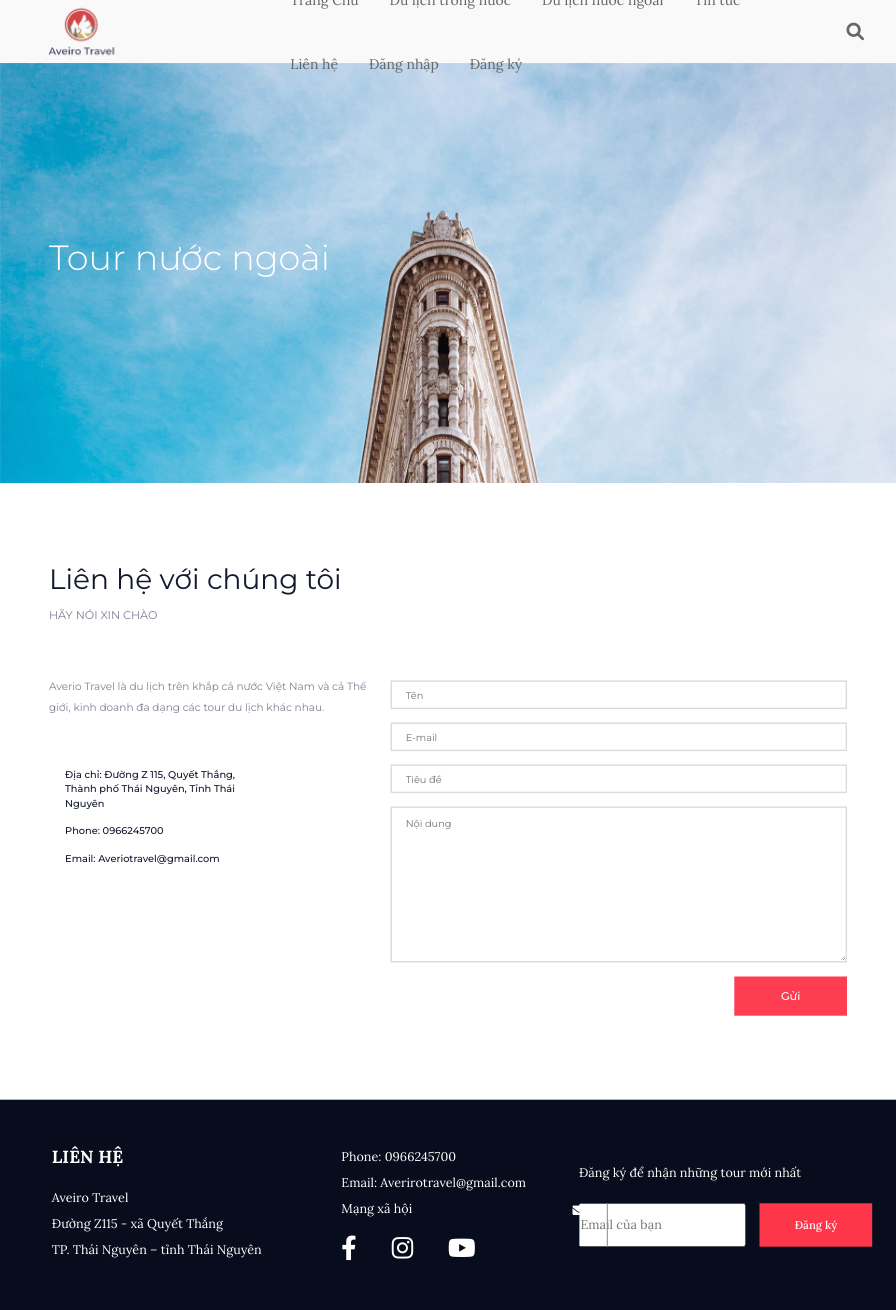
Repository: tuan842001/demotest
Page: /contact
An editor plug-in stored every save of this project. The page is shown before and after the next save, followed by the edit.
The browser window is 1280 px wide. The pictures show the whole page, at 70% of full size.
The project was rebuilt for these pictures with package versions that can differ from the ones it lists, and the page was loaded fresh each time. Also part of the build but not shown: src/components/header/HeaderHome.jsx, src/components/top/top.css, src/components/post/post.css, src/components/post/Post.jsx, src/components/intourPost/intourPost.css, src/components/intourPost/IntourPost.jsx, src/components/posts/posts.css, src/components/posts/Posts.jsx and 20 more.

Above is the page before, as saved 2021-10-16 20:11:07.

### public/index.html
<!DOCTYPE html>
<html lang="en">
  <head>
    <meta charset="utf-8" />
    <link rel="icon" href="%PUBLIC_URL%/favicon.ico" />
    <meta name="viewport" content="width=device-width, initial-scale=1" />
    <meta name="theme-color" content="#000000" />
    <meta name="description" content="Web site created using create-react-app"/>
    <link href="https://fonts.googleapis.com/css2?family=Lora:wght@400;500;600;700&display=swap" rel="stylesheet">
    <link rel="stylesheet" href="https://cdnjs.cloudflare.com/ajax/libs/font-awesome/6.0.0-beta2/css/all.min.css" integrity="sha512-YWzhKL2whUzgiheMoBFwW8CKV4qpHQAEuvilg9FAn5VJUDwKZZxkJNuGM4XkWuk94WCrrwslk8yWNGmY1EduTA==" crossorigin="anonymous" referrerpolicy="no-referrer" />
    <link href="https://fonts.googleapis.com/css2?family=Lora:ital,wght@1,700&family=Montserrat:wght@200&display=swap" rel="stylesheet">
    <link href="https://fonts.googleapis.com/css2?family=Montserrat:wght@400;500;600;700;800;900&display=swap" rel="stylesheet">
	  <Link rel="stylesheet" href="./assets/styles/bootstrap4/popper.js">
	  <Link rel="stylesheet" href="./assets/styles/bootstrap4/bootstrap.min.js">
	  <Link rel="stylesheet" href="./assets/styles/bootstrap4/bootstrap.min.css">
	  <Link rel="stylesheet" href="./assets/styles/plugins/OwlCarousel2-2.2.1/owl.carousel.css">
	  <Link rel="stylesheet" href="./assets/styles/main_styles.css">
      <!--  -->
      <link rel="stylesheet"  href="./assets/styles/bootstrap4/bootstrap.min.css">
      <Link rel="stylesheet"  href="./assets/styles/js/jquery-3.2.1.min.js">
      <Link rel="stylesheet"  href="./assets/styles/bootstrap4/popper.js">
      <Link rel="stylesheet"  href="./assets/styles/bootstrap4/bootstrap.min.js">
      <Link rel="stylesheet"  href="./assets/plugins/OwlCarousel2-2.2.1/owl.carousel.js">
      <Link rel="stylesheet"  href="./assets/plugins/easing/easing.js">
      <Link rel="stylesheet"  href="./assets/plugins/parallax-js-master/parallax.min.js">
      <Link rel="stylesheet"  href="./assets/plugins/magnific-popup/jquery.magnific-popup.min.js">
      <Link rel="stylesheet"  href="./assets/styles/js/custom.js">
      <!--  -->
      <link
      rel="stylesheet"
      href="https://unpkg.com/swiper/swiper-bundle.min.css"
    />
    <title>Aveiro Travel</title>
  </head>
  <body>
    <noscript>You need to enable JavaScript to run this app.</noscript>
    <div id="root"></div>
  </body>
</html>

### src/pages/contact/Contact.jsx
import HeaderOuttour from "../../components/header/HeaderOuttour";
import Bottombar from "../../components/bottombar/Bottombar";
import "./contact.css";

export default function Contact() {
  return (
    <>
      <HeaderOuttour />
      <div className="contact">
        <div className="container">
          <div className="row">
            <div className="col">
              <div className="contactTitle">Liên hệ với chúng tôi</div>
              <div className="contactSubtitle">Hãy nói xin chào</div>
            </div>
          </div>
          <div className="row contactContent">
            <div className="col-lg-5">
              <div className="contactText">
                <p>
                  Averio Travel là du lịch trên khắp cả nước Việt Nam và cả Thế
                  giới, kinh doanh đa dạng các tour du lịch khác nhau.
                </p>
              </div>
              <div className="contactInfo">
                <div className="contactInfoContainer">
                  <ul>
                    <li>
                      Địa chỉ: Đường Z 115, Quyết Thắng, Thành phố Thái Nguyên,
                      Tỉnh Thái Nguyên
                    </li>
                    <li>Phone: 0966245700</li>
                    <li>Email: Averiotravel@gmail.com</li>
                  </ul>
                </div>
              </div>
            </div>
            <div className="col-lg-7">
              <div className="contactFormContainer">
                <form action="#" id="contact_form" class="clearfix">
                  <input
                    id="contact_input_name"
                    class="contact_input contact_input_name"
                    type="text"
                    placeholder="Tên"
                    required="required"
                    data-error="Name is required."
                  />
                  <input
                    id="contact_input_email"
                    class="contact_input contact_input_email"
                    type="text"
                    placeholder="E-mail"
                    required="required"
                    data-error="E-mail is required."
                  />
                  <input
                    id="contact_input_subject"
                    class="contact_input contact_input_subject"
                    type="text"
                    placeholder="Tiêu đề"
                  />
                  <textarea
                    id="contact_input_message"
                    class="contact_message_input contact_input_message"
                    name="message"
                    placeholder="Nội dung"
                    required="required"
                    data-error="Please, write us a message."
                  ></textarea>
                  <button
                    id="contact_send_btn"
                    type="submit"
                    class="contact_send_btn trans_200"
                    value="Submit"
                  >
                    Gửi
                  </button>
                </form>
              </div>
            </div>
          </div>
        </div>
      </div>
      <Bottombar />
    </>
  );
}

### src/components/topbar/TopBar.jsx
import { Link } from "react-router-dom";
import React from "react";
import "./topbar.css";

export default function TopBar() {
  const user = false;
  return (
    <div className="top">
      <div className="topLeft">
        <img
          className="topImg"
          src="./assets/images/logoAveiroTravel.png"
          alt=""
        />
      </div>
      <div className="topCenter">
        <ul className="topList">
          <li className="topListItem">
            <Link
              style={{
                textDecoration: "none",
                color: "inherit",
                fontsize: "20px",
              }}
              to="/"
            >
              Trang Chủ
            </Link>
          </li>
          <li className="topListItem">
            <Link
              style={{
                textDecoration: "none",
                color: "inherit",
                fontsize: "20px",
              }}
              to="/intour"
            >
              Du lịch trong nước
            </Link>
          </li>
          <li className="topListItem">
            <Link
              style={{
                textDecoration: "none",
                color: "inherit",
                fontsize: "20px",
              }}
              to="/outtour"
            >
              Du lịch nước ngoài
            </Link>
          </li>
          <li className="topListItem">
            <Link
              style={{
                textDecoration: "none",
                color: "inherit",
                fontsize: "20px",
              }}
              to="/news"
            >
              Tin tức
            </Link>
          </li>
          <li className="topListItem">
            <Link
              style={{
                textDecoration: "none",
                color: "inherit",
                fontsize: "20px",
              }}
              to="/contact"
            >
              Liên hệ
            </Link>
          </li>
          <li className="topListItem">
            <Link
              style={{
                textDecoration: "none",
                color: "inherit",
                fontsize: "20px",
              }}
              to="/login"
            >
              Đăng nhập
            </Link>
          </li>
          <li className="topListItem">
            <Link
              style={{
                textDecoration: "none",
                color: "inherit",
                fontsize: "20px",
              }}
              to="/register"
            >
              Đăng ký
            </Link>
          </li>
        </ul>
      </div>
      <div className="topRight">
        <i className="topSearchIcon fas fa-search"></i>
      </div>
    </div>
  );
}

### src/components/bottombar/Bottombar.jsx
import "./bottombar.css";

export default function Bottombar() {
  return (
    <div className="bottombar">
      <div className="bottomLeft">
        <span className="bottomTitle">LIÊN HỆ</span>
        <span className="bottomText">Aveiro Travel</span>
        <span className="bottomText">Đường Z115 - xã Quyết Thắng</span>
        <span className="bottomText">TP. Thái Nguyên – tỉnh Thái Nguyên</span>
      </div>
      <div className="bottomCenter">
        <span className="bottomText">Phone: 0966245700</span>
        <span className="bottomText">Email: Averirotravel@gmail.com</span>
        <span className="bottomText">
          Mạng xã hội <i></i>
        </span>
        <div className="bottomItem">
          <i className="bottomIcon fab fa-facebook-f"></i>
          <i className="bottomIcon fab fa-instagram"></i>
          <i className="bottomIcon fab fa-youtube"></i>
        </div>
      </div>
      <div className="bottomRight">
        <span className="bottomText">Đăng ký để nhận những tour mới nhất</span>
        <div className="bottomSubscribe">
          <input
            name="__RequestVerificationToken"
            type="hidden"
            value="KNrZ1gERBb-tob3Ne9Bfea85MtEdkDQnoRGDS1pATTXZae8mKIJhsPDGtmDHyt2BIST9XQPfMuaBHf42sLfjDGDYedV0YhfjucG_EPgfCxs1"
          />
          <i class="fas fa-envelope"></i>
          <input
            type="text"
            name="EmailRegister"
            placeholder="Email của bạn"
            id="EmailRegisterFooter"
            required="required"
          />
          {/* <input
            type="email"
            id="bottom_input"
            className="bottom_input"
            placeholder="Email của bạn"
          /> */}
          <input type="submit" name="submit" class="sm" value="" />
          <button type="submit" id="bottom_button" class="bottom_button">
            Đăng ký
          </button>
        </div>
      </div>
    </div>
  );
}

### src/app.css
*{
    margin: 0;
    padding: 0;
    -webkit-font-smoothing: antialiased;
    -webkit-text-shadow: rgba(0,0,0,.01) 0 0 1px;
    text-shadow: rgb(0 0 0 / 1%) 0 0 1px;
}
body{
    font-family: 'Montserrat', sans-serif;
    font-size: 14px;
    font-weight: 400;
    background: #FFFFFF;
    color: #131a2f;
}
ul{
    list-style: none;
    margin-bottom: 0px;
    padding-left: 0rem !important;
}
a{
    display: block;
    font-size: 16px;
    font-weight: 500;
    line-height: 56px;
    text-decoration: none;
    background-color: transparent;
}

.sectionTitle{
    padding-top: 30px;
    line-height: 1.1;
    font-size: 40px;
    font-weight: 300;
    text-align: center!important;

}
.sectionTitle div {
    font-size: 16px;
    font-weight: 600;
    color: #7d8293;
    text-transform: uppercase;
    margin-top: 19px;
}
img{
    vertical-align: middle;
    border-style: none;
}
/* div{
    display: block;
    position: relative;
    -webkit-box-sizing: border-box;
    -moz-box-sizing: border-box;
    box-sizing: border-box;
} */


.dropdown-content {
    display: none;
    position: absolute;
    right: 0;
    top: 100%;
    margin: 0;
    width: 100%;
    background: #FFFFFF;

    z-index: 1;
    box-shadow: 0 15px 25px rgb(63 78 100 / 15%);
}

.dropdown:hover .dropdown-content {
    display: block;
}
.btn-primary {
    color: #fff;
    background-color: #fe435b;
    border-color: #fe435b;
    font-weight: 500;
}

### src/components/header/HeaderOuttour.jsx
import "./header.css";

export default function HeaderOuttour() {
  return (
    <div>
      <div className="headerIntour">
        <div className="headerIntourBackground">
          <img src="./assets/images/news.jpg" alt="" />
        </div>
        <div class="container">
          <div class="row">
            <div class="col">
              <div class="header_content">
                <div class="header_content_inner">
                  <div class="header_title">Tour nước ngoài</div>
                  <div class="header_breadcrumbs">
                    <ul class="header_breadcrumbs_list">
                      <li class="header_breadcrumb"></li>
                    </ul>
                  </div>
                </div>
              </div>
            </div>
          </div>
        </div>
      </div>
    </div>
  );
}

### src/pages/contact/contact.css
.contact {
    padding-top: 107px;
    padding-bottom: 120px;
}
.contactTitle {
    font-size: 40px;
    font-weight: 400;
    color: #131a2f;
}
.contactSubtitle {
    font-size: 16px;
    text-transform: uppercase;
    color: #7d8293;
    margin-top: 10px;
}


.contactContent {
    margin-top: 74px;
}
.contactInfo {
    margin-top: 75px;
}
.contactText p {
    font-size: 15px;
    line-height: 2;
    font-weight: 400;
    color: #7d8293;
    -webkit-font-smoothing: antialiased;
    -webkit-text-shadow: rgba(0,0,0,.01) 0 0 1px;
    text-shadow: rgb(0 0 0 / 1%) 0 0 1px;
}
.contactInfoContainer {
    display: inline-block;
    vertical-align: top;
    margin-top: -4px;
    padding-left: 23px;
    max-width: 310px;
}
.contactInfoContainer ul li {
    font-size: 14px;
    color: #131a2f;
    font-weight: 500;
    margin-bottom: 18px;
}


.contactFormContainer {
    width: 100%;
    margin-top: 7px;
}
.contact_form_container {
    width: 100%;
    margin-top: 7px;
}
.contact_input {
    width: 100%;
    height: 41px;
    border: solid 2px #dbdbdb;
    padding-left: 20px;
    margin-bottom: 19px;
    outline: none;
}
.contact_input_message {
    width: 100%;
    height: 223px;
    border: solid 2px #dbdbdb;
    outline: none;
    padding-top: 13px;
    padding-left: 20px;
}
.contact_send_btn {
    width: 161px;
    height: 56px;
    background: rgba(254,60,82,1);
    border: none;
    outline: none;
    float: right;
    color: #FFFFFF;
    font-size: 16px;
    font-weight: 500;
    cursor: pointer;
    margin-top: 14px;
}

### src/components/topbar/topbar.css
.top{
    width: 100%;
    height: 90px;
    background-color: #f9f9f9;
    position: sticky;
    top: 0;
    display: flex;
    align-items: center;
    font-family: 'Lora', serif;
    color: #666;
    z-index: 999;
}

.topLeft{
    flex: 2;
    display: flex;
    align-items: center;
    justify-content: center;
}
.topCenter{
    flex: 8;
}
.topCenter ul{
    padding-left: 10rem !important;
}
.topRight{
    flex: 1;
    display: inline-flex;
    height: 100%;
}
.topImg{
    width: 140px;
    height: 90px;
    object-fit: cover;
}
.topList{
    height: 100%;
}
.topListItem{
    display: inline-block;
    position: relative;
    padding-top: 2px;
}
.topListItem a {
    display: block;
    font-size: 20px;
    font-weight: 400;
    line-height: 90px;
    padding-left: 22px;
    padding-right: 22px;
}
.topSearchIcon{
    font-size: 25px;
    width: 100%;
    color: #666;
    text-align: center;
    margin-left: auto;
    margin-right: auto;
    line-height: 90px;
    cursor: pointer;
}
.topListItem.active::after {
    display: block;
    position: absolute;
    bottom: 1px;
    left: 0;
    width: 100%;
    height: 3px;
    background: #fe435b;
    content: '';
}

### src/components/bottombar/bottombar.css
.bottombar{
    width: 100%;
    height: 300px;
    background-color: #080d1d;
    display: flex;
    align-items: center;
    font-family: 'Lora', serif;
    color: #fff;
    font-size: 18px;
    position: absolute;
}
.bottomLeft, .bottomCenter {
    flex: 3;
    display: flex;
    flex-direction: column;
    justify-content: center;
    margin-left: 74px;
}

.bottomRight{
    flex: 4;
    display: flex;
    flex-direction: column;
    justify-content: center;
}
.bottomTitle{
    font-size: 25px;
    font-weight: 700;
    margin-bottom: 25px;
}
.bottomText{
    margin-bottom: 10px;
}
.bottomIcon{
    font-size: 35px;
    margin-top: 15px;
    margin-right: 50px;
    cursor: pointer;
}
.bottomSubscribe{
    display: flex;
    margin-top: 20px;
}
.bottomSubscribe div{
    border: solid 2px rgba(255,255,255,0.5);
    border-radius: 10px;
}
.sm {
    position: absolute;
    top: 0;
    right: 91%;
    z-index: 1;
    height: 100%;
    width: 50px;
    border: none;
    background: 0 0;
    border-right: 1px solid #7d8fab;
}
.bottomSubscribe i{
    /* font-size: 30px;
    cursor: pointer;
    position: absolute;
    top: 50%;
    right: 92%;
    transform: translateY(-50%);
    z-index: 1;
    pointer-events: none; */
    position: absolute;
    top: 0;
    right: 91%;
    z-index: 1;
    height: 100%;
    width: 50px;
    border: none;
    background: 0 0;
    border-right: 1px solid #7d8fab;
}
.bottom_input{
    width: calc(65% - 100px);
    height: 56px;
    border: solid 2px rgba(255,255,255,0.5);
    outline: none;
    background: transparent;
    padding-left: 31px;
    color: #FFFFFF;
}
.bottom_button{
    width: 161px;
    height: 62px;
    vertical-align: top;
    cursor: pointer;
    border: none;
    outline: none;
    background: #fe364a;
    color: #FFFFFF;
    font-size: 16px;
    margin-left: 20px;
    font-weight: 500;
    -webkit-transition: all 200ms ease;
    -moz-transition: all 200ms ease;
    -ms-transition: all 200ms ease;
    -o-transition: all 200ms ease;
    transition: all 200ms ease;
}

### src/components/header/header.css
.header{
    width: 100%;
    height: 100vh;
    font-family: 'Montserrat', sans-serif;
}
.headerBackground, .headerBackground img{
    position: absolute;
    top: 0;
    left: 0;
    width: 100%;
    height: 100%;
    background-repeat: no-repeat;
    background-size: cover;
    background-position: center center;
}
.headerContent{
    position: absolute;
    top: 25%;
    left: 50%;
    -webkit-transform: translateX(-50%);
    -moz-transform: translateX(-50%);
    -ms-transform: translateX(-50%);
    -o-transform: translateX(-50%);
    transform: translateX(-50%);
    width: 80%;
    text-align: center;
}
.headerTitleSm{
    position: absolute;
    top: 50%;
    left: 48%;
    -webkit-transform: translate(-50%, -50%);
    -moz-transform: translate(-50%, -50%);
    -ms-transform: translate(-50%, -50%);
    -o-transform: translate(-50%, -50%);
    transform: translate(-50%, -50%);
    width: 100%;
    font-size: 72px;
    font-weight: 400;
    color: #FFFFFF;
    text-shadow: 0px 11px 51px rgb(0 0 0 / 35%);

}
.headerTitleLg{
    font-size: 220px;
    font-weight: 900;
    color: #fdaa27;
    opacity: 0.35;
    text-transform: uppercase;
    line-height: 0.75;
}

/* Header Intour */
.headerIntour{
    width: 100%;
    height: 600px;
}
.headerIntourBackground, .headerIntourBackground img{
    position: absolute;
    top: 0;
    left: 0;
    width: 100%;
    height: 100%;
    background-repeat: no-repeat;
    background-size: cover;
    background-position: center center;
}
.header_content {
    width: 100%;
    height: 601px;
}
.header_content_inner {
    position: absolute;
    top: 40%;
    left: 0;
    width: 100%;
    text-align: left;
}
.header_title {
    font-size: 50px;
    font-weight: 300;
    color: #FFFFFF;
}
.header_breadcrumbs {
    margin-top: -6px;
}

Loaded but not shown: src/index.js (common file); public/assets/styles/bootstrap4/popper.js (library); public/assets/styles/bootstrap4/bootstrap.min.js (library); public/assets/styles/bootstrap4/bootstrap.min.css (library); public/assets/styles/plugins/OwlCarousel2-2.2.1/owl.carousel.css (library); public/assets/styles/js/jquery-3.2.1.min.js (library); public/assets/styles/plugins/OwlCarousel2-2.2.1/owl.carousel.js (library); public/assets/styles/plugins/easing/easing.js (library); public/assets/styles/plugins/parallax-js-master/parallax.min.js (library); public/assets/styles/plugins/magnific-popup/jquery.magnific-popup.min.js (library); public/assets/styles/js/custom.js (219 lines, source omitted); src/App.js (51 lines, source omitted); public/assets/styles/main_styles.css (1627 lines, source omitted); src/pages/outtour/test.css (1543 lines, source omitted); src/pages/intour/intour.css (no stored copy; drawn as an empty file)

After the next save:
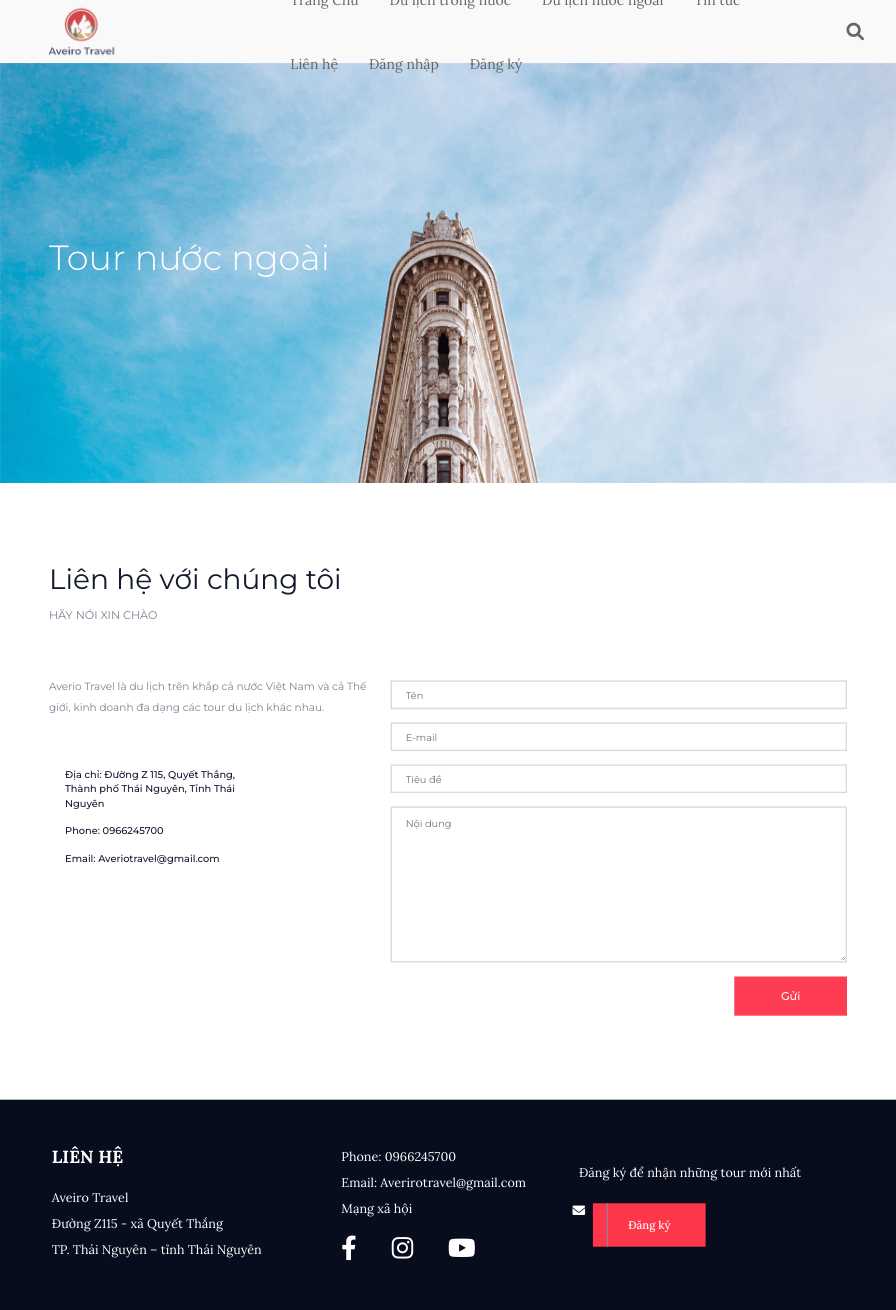
Saved 25 s later.
--- a/src/components/bottombar/Bottombar.jsx
+++ b/src/components/bottombar/Bottombar.jsx
@@ -24,19 +24,14 @@ export default function Bottombar() {
       <div className="bottomRight">
         <span className="bottomText">Đăng ký để nhận những tour mới nhất</span>
         <div className="bottomSubscribe">
-          <input
-            name="__RequestVerificationToken"
-            type="hidden"
-            value="KNrZ1gERBb-tob3Ne9Bfea85MtEdkDQnoRGDS1pATTXZae8mKIJhsPDGtmDHyt2BIST9XQPfMuaBHf42sLfjDGDYedV0YhfjucG_EPgfCxs1"
-          />
           <i class="fas fa-envelope"></i>
-          <input
+          {/* <input
             type="text"
             name="EmailRegister"
             placeholder="Email của bạn"
             id="EmailRegisterFooter"
             required="required"
-          />
+          /> */}
           {/* <input
             type="email"
             id="bottom_input"
